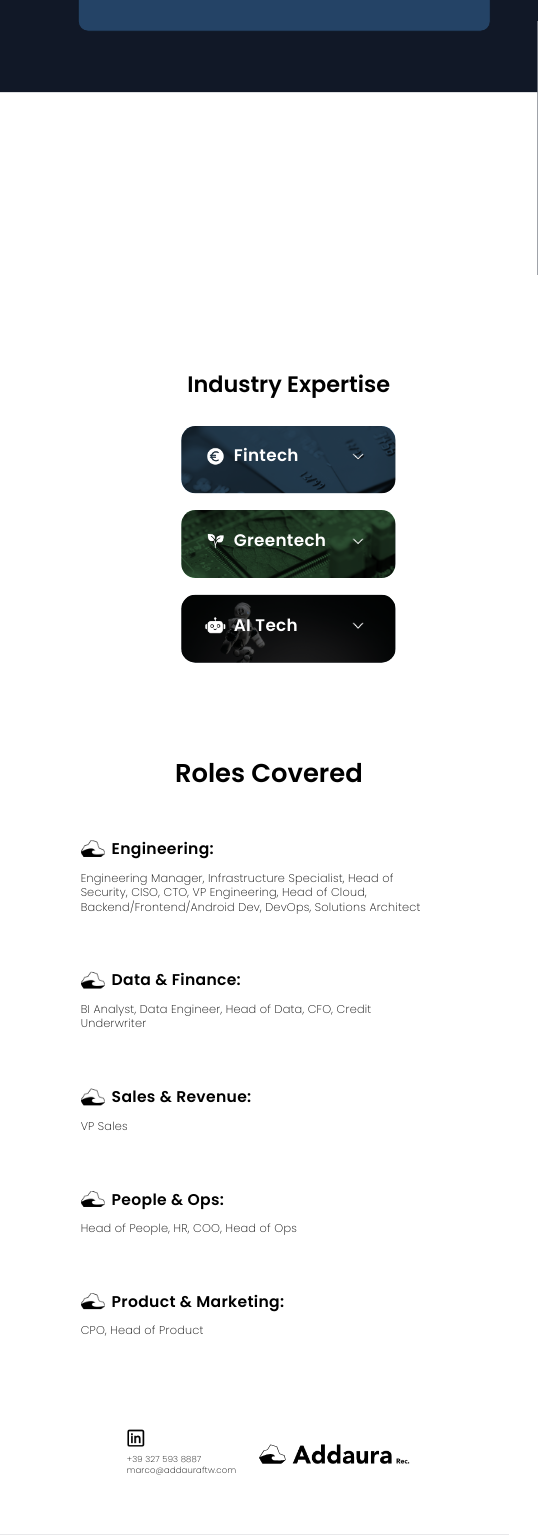
Repository: UnatPannu/Addaura-Trial
Page: public/services.html
The author's editor kept a copy of each file at every save. The page is drawn from the files as they stood at one save, then again after the next save.
The browser window is 768 px wide. The pictures show the part of the page from y = 2874 to 5114 px (the page is 5067 px tall before and 5114 px after), at 70% of full size.
Backgrounds fixed to the window are drawn as part of the page.

Above is the page before, as saved 2025-09-22 19:23:23.

After the next save:
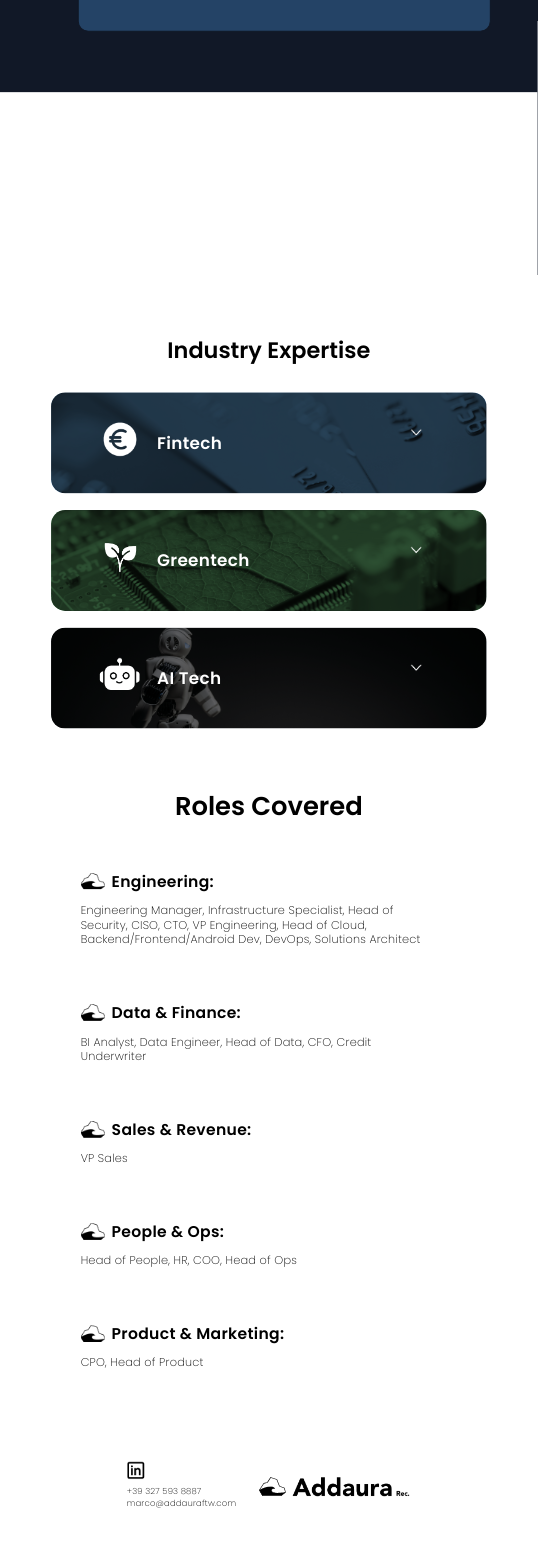
Saved 8 s later.
--- a/public/styles/services.css
+++ b/public/styles/services.css
@@ -449,8 +449,8 @@
   font-size: clamp(20px, 2.3vw, 32px);
 }
 .industry-expertise{
-  width: 80%;               /* or 80% or your preferred max width */
-  max-width: 1200px;        /* optional max width for large screens */
+  width: 95%;               /* or 80% or your preferred max width */
+  max-width: 100vw;       /* optional max width for large screens */
   margin: 0 auto;           /* centers the section horizontally */
   display: flex;
   flex-direction: column;   /* stack children vertically if needed */
@@ -459,10 +459,15 @@
   position: relative;
   overflow: hidden;
   height: auto;             /* adjust if 100vh is too tall */
-  padding: 2rem 1rem;       /* optional padding */
+}
+.industry-expertise > .section-content,
+.industry-expertise > .images-section {
+  max-width: 90vw;
+  width: 100%;
+  margin: 0 auto;
 }
 .industry-expertise .section-content{
-  width:100;
+  width:100%;
   align-items:center;
   justify-content: center;
 }
